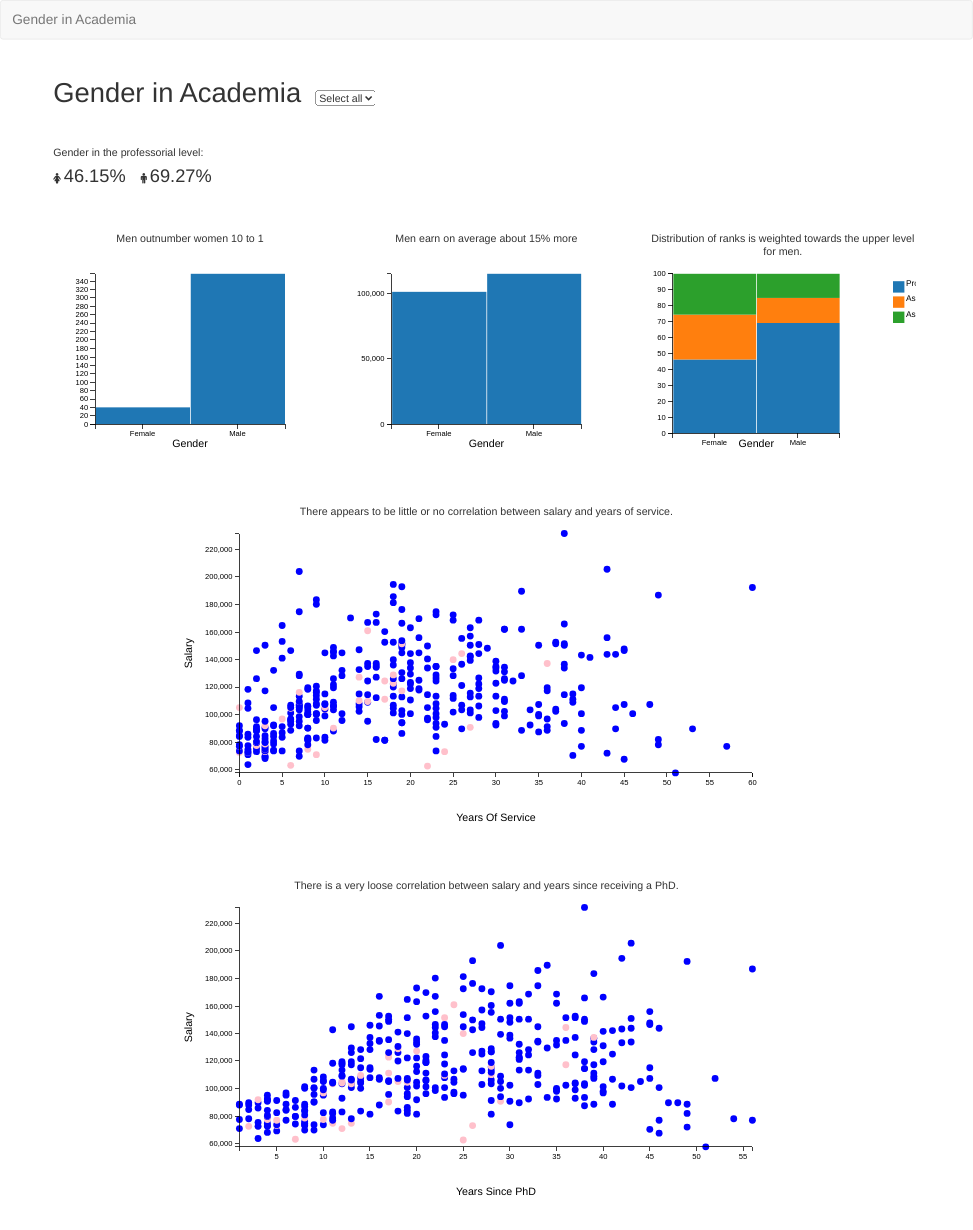
Repository: kescardoso/dashboard
Page: index.html
The author's editor kept a record of every edit. The page is drawn from the files as they stood at one moment, then again after the next edit.
The browser window is 1280 px wide. The pictures show the whole page, at 76% of full size.

Above is the page before.

### index.html
<!DOCTYPE html>
<html lang="en">
<head>
    <meta charset="UTF-8">
    <meta name="viewport" content="width=device-width, initial-scale=1.0">
    <meta http-equiv="X-UA-Compatible" content="ie=edge">
    <title>Gender in Academia</title>

    <link rel="stylesheet" href="static/css/bootstrap.min.css" type="text/css" />
    <link rel="stylesheet" href="https://cdnjs.cloudflare.com/ajax/libs/font-awesome/4.7.0/css/font-awesome.min.css" type="text/css">
    <link rel="stylesheet" href="static/css/dc.min.css" type="text/css" />
    <link rel="stylesheet" href="static/css/style.css" type="text/css" />

    <script type="text/javascript" src="static/js/d3.min.js"></script>
    <script type="text/javascript" src="static/js/crossfilter.min.js"></script>
    <script type="text/javascript" src="static/js/dc.min.js"></script>
    <script type="text/javascript" src="static/js/queue.min.js"></script>
    <script type="text/javascript" src="static/js/graph.js"></script>

</head>
<body>

    <nav class="navbar navbar-default">
      <div class="container-fluid">
        <div class="navbar-header">
          <a class="navbar-brand" href="#">Gender in Academia</a>
        </div>
      </div>
    </nav>

    <main>
      <section class="section">
        <div class="container">

          <div class="row">
            <div class="col-xs-12 col-sm-12">
              <h1 class="section-heading">Gender in Academia</h1>
              <div id="discipline-selector"></div>
            </div>
          </div>

          <div class="row">
            <div class="col-xs-12 col-sm-12">
              <p class="section-paragraph">Gender in the professorial level:</p>
            </div>
            <div class="col-xs-12 col-sm-6 col-lg-6">
              <i class="fa fa-female fa-gender" aria-hidden="true"></i> <span class="number-box" id="percent-of-women-professors"></span>
              <i class="fa fa-male fa-gender" aria-hidden="true"></i> <span class="number-box" id="percent-of-men-professors"></span>
            </div>
          </div>

        </div>
      </section>

      <section class="section">
        <div class="container">

          <div class="row">
            <div class="col-xs-12 col-sm-4 text-center">
              <p class="section-paragraph">Men outnumber women 10 to 1</p>
            </div>
            <div class="col-xs-12 col-sm-4 text-center">
              <p class="section-paragraph">Men earn on average about 15% more</p>
            </div>
            <div class="col-xs-12 col-sm-4 text-center">
              <p class="section-paragraph">Distribution of ranks is weighted towards the upper level for men.</p>
            </div>
          </div>

          <div class="row">
            <div class="col-xs-12 col-sm-4 text-center" id="gender-balance" class="custom-chart"></div>
            <div class="col-xs-12 col-sm-4 text-center" id="average-salary" class="custom-chart"></div>
            <div class="col-xs-12 col-sm-4 text-center" id="rank-distribution" class="custom-chart"></div>
          </div>

        </div>
      </section>

      <section class="section">
        <div class="container">

          <div class="row">
            <div class="col-xs-12 col-sm-12 text-center">
              <p class="section-paragraph">There appears to be little or no correlation between salary and years of service.</p>
            </div>
            <div class="col-xs-12 col-sm-12 text-center" id="service-salary"></div>
          </div>

        </div>
      </section>

      <section class="section">
        <div class="container">

          <div class="row">
            <div class="col-xs-12 col-sm-12 text-center">
              <p class="section-paragraph">There is a very loose correlation between salary and years since receiving a PhD.</p>
            </div>
            <div class="col-xs-12 col-sm-12 text-center" id="phd-salary"></div>
          </div>

        </div>
      </section>
    </main>

</body>
</html>

### static/css/style.css
.number-box {
    font-size: 24px;
    text-align: center;
    line-height: normal;
    margin-right: 16px;
}

.number-box .fa-gender {
    font-size: 30px;
    font-weight: 500;
}

.section {
    border-botoom: 1px solid #e6e6e6;
    padding: 30px 0;
}

.section-heading, #discipline-selector {
    display: inline-block;
    float: none;
    margin:0;
}

.section-heading {
    margin-bottom: 50px;
}

#discipline-selector {
    margin-left: 15px;
}

.section-paragraph {
    line-height: 1.2;
}

.custom-chart {
    margin-bottom: 40px;
}

### static/js/graph.js
queue()
    .defer(d3.csv, "data/Salaries.csv")
    .await(makeGraphs);

function makeGraphs(error, salaryData) {
    var ndx = crossfilter(salaryData);

    salaryData.forEach(function(d){
        d.salary = parseInt(d.salary);
        d.yrs_since_phd = parseInt(d["yrs.since.phd"]);
        d.yrs_service = parseInt(d["yrs.service"]);
    })

    show_discipline_selector(ndx);

    show_percent_that_are_professors(ndx, "Female", "#percent-of-women-professors");
    show_percent_that_are_professors(ndx, "Male", "#percent-of-men-professors");

    show_gender_balance(ndx);
    show_average_salary(ndx);
    show_rank_distribution(ndx);

    show_service_to_salary_correlation(ndx);
    show_phd_to_salary_correlation(ndx);

    dc.renderAll();
}

function show_discipline_selector(ndx) {
    var dim = ndx.dimension(dc.pluck('discipline'));
    var group = dim.group();

    dc.selectMenu("#discipline-selector")
        .dimension(dim)
        .group(group);
}

function show_percent_that_are_professors(ndx, gender, element) {
    var percentageThatAreProf = ndx.groupAll().reduce(
        function(p, v) {
            if (v.sex === gender) {
                p.count++;
                if(v.rank === "Prof") {
                    p.are_prof++;
                }
            }
            return p;
        },
        function(p, v) {
            if (v.sex === gender) {
                p.count--;
                if(v.rank === "Prof") {
                    p.are_prof--;
                }
            }
            return p;
        },
        function() {
            return {count: 0, are_prof: 0};
        },
    );

    dc.numberDisplay(element)
        .formatNumber(d3.format(".2%"))
        .valueAccessor(function (d) {
            if (d.count == 0) {
                return 0;
            } else {
                return (d.are_prof / d.count);
            }
        })
        .group(percentageThatAreProf)
}

function show_gender_balance(ndx) {
    var dim = ndx.dimension(dc.pluck('sex'));
    var group = dim.group();

    dc.barChart("#gender-balance")
        .width(350)
        .height(250)
        .margins({top: 10, right: 50, bottom: 30, left: 50})
        .dimension(dim)
        .group(group)
        .transitionDuration(500)
        .x(d3.scale.ordinal())
        .xUnits(dc.units.ordinal)
        .xAxisLabel("Gender")
        .yAxis().ticks(20);
}

function show_average_salary(ndx) {
    var dim = ndx.dimension(dc.pluck('sex'));

    function add_item(p, v) {
        p.count++;
        p.total += v.salary;
        p.average = p.total / p.count;
        return p;
    }

    function remove_item(p, v) {
        p.count--;
        if(p.count == 0) {
            p.total = 0;
            p.average = 0;
        } else {
            p.total -= v.salary;
            p.average = p.total / p.count;
        }
        return p;
    }

    function initialise() {
        return {count: 0, total: 0, average: 0};
    }

    var averageSalaryByGender = dim.group().reduce(add_item, remove_item, initialise);

    dc.barChart("#average-salary")
        .width(350)
        .height(250)
        .margins({top: 10, right: 50, bottom: 30, left: 50})
        .dimension(dim)
        .group(averageSalaryByGender)
        .valueAccessor(function(d){
            return d.value.average.toFixed(2);
        })
        .transitionDuration(500)
        .x(d3.scale.ordinal())
        .xUnits(dc.units.ordinal)
        .elasticY(true)
        .xAxisLabel("Gender")
        .yAxis().ticks(4);
}

function show_rank_distribution(ndx) {

    function rankByGender (dimension, rank) {
        return dimension.group().reduce(
            function (p, v) {
                p.total++;
                if(v.rank == rank) {
                    p.match++;
                }
                return p;
            },
            function (p, v) {
                p.total--;
                if(v.rank == rank) {
                    p.match--;
                }
                return p;
            },
            function () {
                return {total: 0, match: 0};
            }
        );
    }

    var dim = ndx.dimension(dc.pluck("sex"));
    var profByGender = rankByGender(dim, "Prof");
    var asstProfByGender = rankByGender(dim, "AsstProf");
    var assocProfByGender = rankByGender(dim, "AssocProf");

    dc.barChart("#rank-distribution")
        .width(350)
        .height(250)
        .dimension(dim)
        .group(profByGender, "Prof")
        .stack(asstProfByGender, "Asst Prof")
        .stack(assocProfByGender, "Assoc Prof")
        .valueAccessor(function(d) {
            if(d.value.total > 0) {
                return (d.value.match / d.value.total) * 100;
            } else {
                return 0;
            }
        })
        .x(d3.scale.ordinal())
        .xUnits(dc.units.ordinal)
        .xAxisLabel("Gender")
        .legend(dc.legend().x(320).y(20).itemHeight(15).gap(5))
        .margins({top: 10, right: 100, bottom: 30, left: 30});
}

function show_service_to_salary_correlation(ndx) {

    var genderColors = d3.scale.ordinal()
        .domain(["Female", "Male"])
        .range(["pink", "blue"]);

    var eDim = ndx.dimension(dc.pluck("yrs_service"));
    var experienceDim = ndx.dimension(function(d) {
        return [d.yrs_service, d.salary, d.rank, d.sex];
    });

    var experienceSalaryGroup = experienceDim.group();
    var minExperience = eDim.bottom(1)[0].yrs_service;
    var maxExperience = eDim.top(1)[0].yrs_service;

    dc.scatterPlot("#service-salary")
        .width(800)
        .height(400)
        .x(d3.scale.linear().domain([minExperience, maxExperience]))
        .brushOn(false)
        .symbolSize(8)
        .clipPadding(10)
        .yAxisLabel("Salary")
        .xAxisLabel("Years Of Service")
        .title(function(d) {
            return d.key[2] + " earned " + d.key[1];
        })
        .colorAccessor(function (d) {
            return d.key[3];
        })
        .colors(genderColors)
        .dimension(experienceDim)
        .group(experienceSalaryGroup)
        .margins({top: 10, right: 50, bottom: 75, left: 75});
}

function show_phd_to_salary_correlation(ndx) {

    var genderColors = d3.scale.ordinal()
        .domain(["Female", "Male"])
        .range(["pink", "blue"]);

    var pDim = ndx.dimension(dc.pluck("yrs_since_phd"));
    var phdDim = ndx.dimension(function(d) {
        return [d.yrs_since_phd, d.salary, d.rank, d.sex];
    });

    var phdSalaryGroup = phdDim.group();
    var minPhd = pDim.bottom(1)[0].yrs_since_phd;
    var maxPhd = pDim.top(1)[0].yrs_since_phd;

    dc.scatterPlot("#phd-salary")
        .width(800)
        .height(400)
        .x(d3.scale.linear().domain([minPhd, maxPhd]))
        .brushOn(false)
        .symbolSize(8)
        .clipPadding(10)
        .yAxisLabel("Salary")
        .xAxisLabel("Years Since PhD")
        .title(function(d) {
            return d.key[2] + " earned " + d.key[1];
        })
        .colorAccessor(function (d) {
            return d.key[3];
        })
        .colors(genderColors)
        .dimension(phdDim)
        .group(phdSalaryGroup)
        .margins({top: 10, right: 50, bottom: 75, left: 75});
}

Loaded but not shown: static/css/bootstrap.min.css (library); static/css/dc.min.css (library); static/js/d3.min.js (library); static/js/crossfilter.min.js (library); static/js/dc.min.js (library); static/js/queue.min.js (common file)

After the next edit:
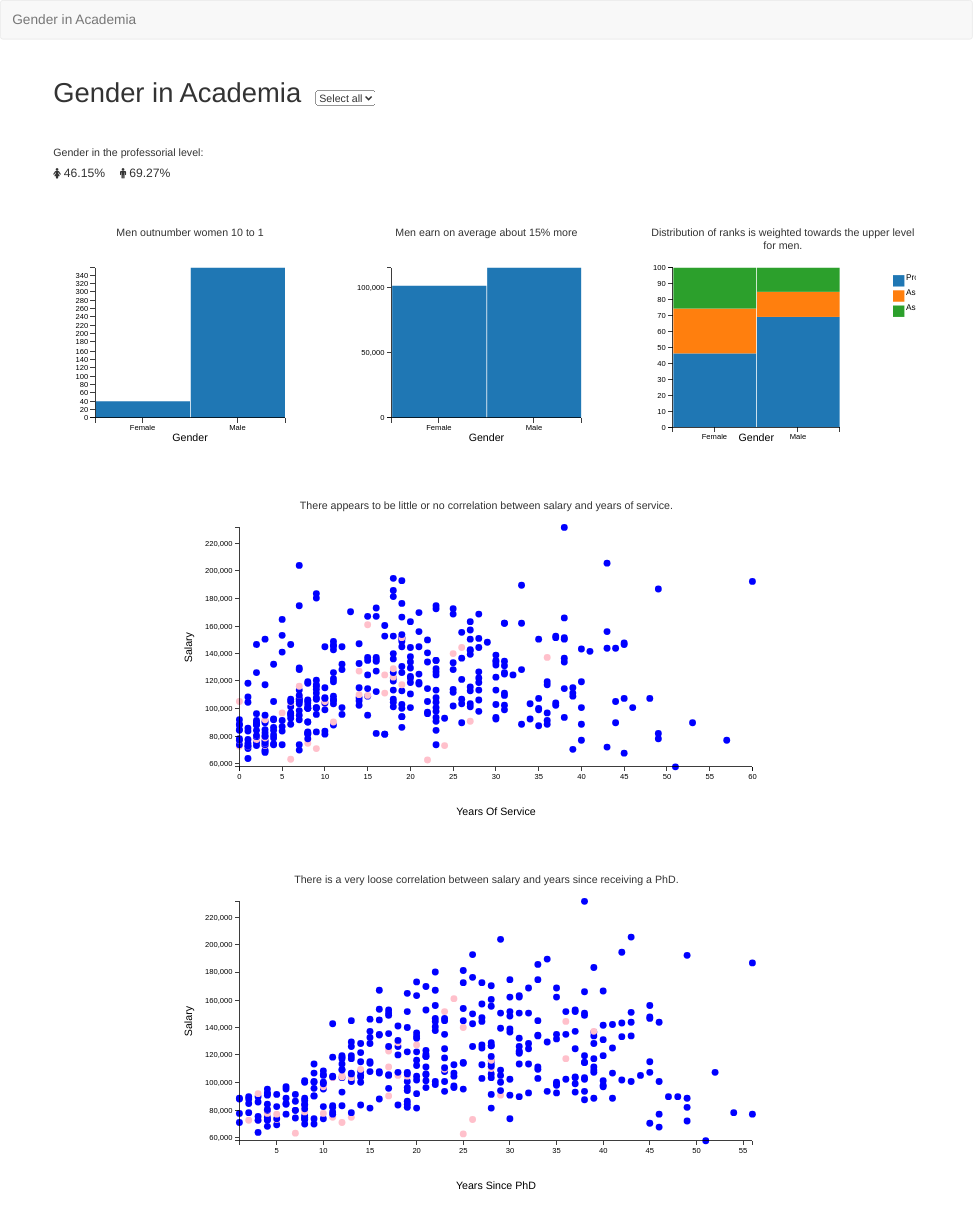
The edit:
--- a/static/css/style.css
+++ b/static/css/style.css
@@ -1,5 +1,5 @@
 .number-box {
-    font-size: 24px;
+    font-size: 16px;
     text-align: center;
     line-height: normal;
     margin-right: 16px;
